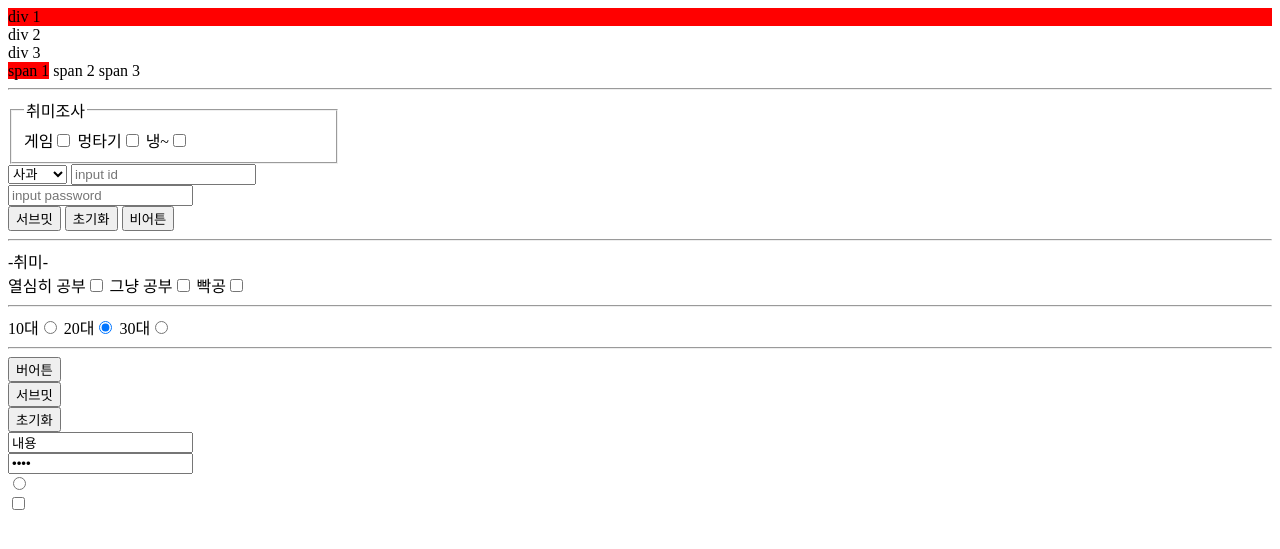
Repository: jwlee0714/HTML
Page: html/day02.html
These files come from the project's save history. The page is drawn as it stood at one moment and after the next save; the edit follows.
The browser window is 1280 px wide. The pictures show the whole page.

Above is the page before, as saved 2021-10-05 07:49:39.

After the next save:
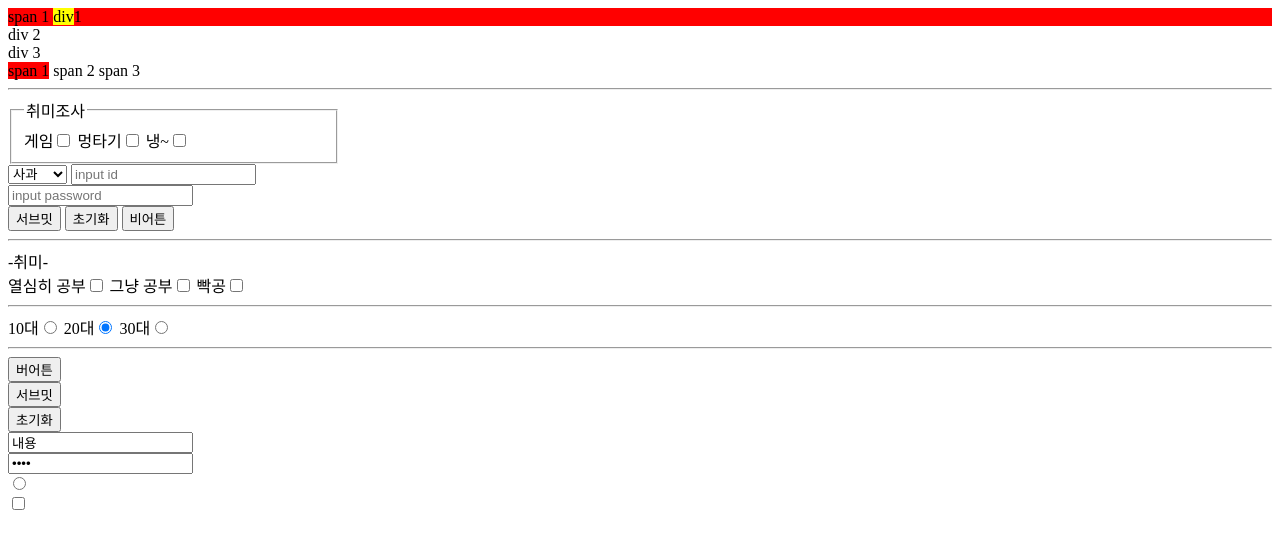
Saved 5 min 42 s later.
--- a/html/day02.html
+++ b/html/day02.html
@@ -5,7 +5,12 @@
 <title>Insert title here</title>
 </head>
 <body>
-	<div style="background-color:red;">div 1</div>
+
+
+	<div style="background-color:red;">
+		<spans tyle="background-color:green;">span 1</span>
+		<span style="background-color:yellow;">div</span>1
+	</div>
 	<div>div 2</div>
 	<div>div 3</div>
 
